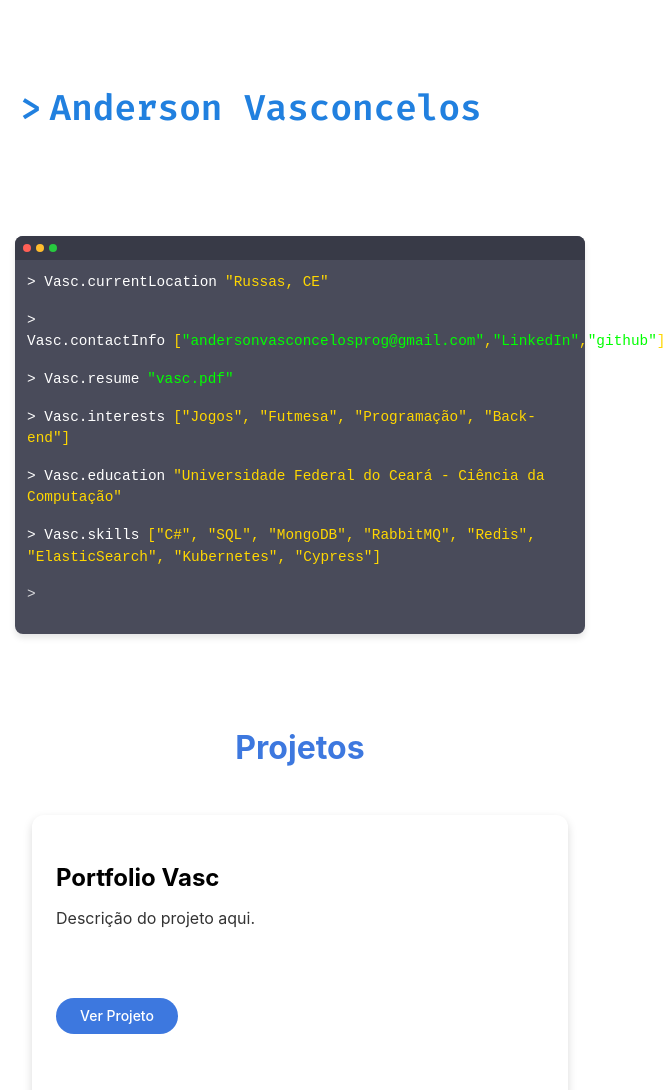
Repository: vascsx/portfolio_vascsx
Page: /
The author's editor kept a copy of each file at every save. The page is drawn from the files as they stood at one save, then again after the next save.
The browser window is 600 px wide. The page is 668 px wide, so the pictures cover 668 px, including what lies to the right of the window. The pictures show the part of the page from y = 0 to 1090 px (the page is 2905 px tall before and 3469 px after).
Pictures or frames that could not be fetched are drawn as grey boxes. The project was rebuilt for these pictures with package versions that can differ from the ones it lists, and the page was loaded fresh each time.

Above is the page before, as saved 2025-03-15 15:01:02.

### src/App.tsx
import Home from './components/Home';
import Resume from './components/Resume';
import Projects from './components/Projects';
import Contact from './components/Contact';
function App() {
  return (
    <div>
     <Resume />
      <Home />
      <Projects />
      <Contact/>
    </div>
  );
}

export default App;

### src/components/Home.tsx
import React from 'react';
import './Home.css';

const Home: React.FC = () => {
  return (
    <div className="terminal">
      <div className="terminal-header">
        <div className="dots">
          <div className="dot dot-red"></div>
          <div className="dot dot-yellow"></div>
          <div className="dot dot-green"></div>
        </div>
      </div>
      <div className="terminal-content">
        <div className="command-line">
          <span className="prompt">&gt; Vasc.currentLocation</span>
          <span className="output">"Russas, CE"</span>
        </div>
        <div className="command-line">
          <span className="prompt">&gt; Vasc.contactInfo</span>
          <span className="output">
            [
              <a href="mailto:andersonvasconcelosprog@gmail.com">"andersonvasconcelosprog@gmail.com"</a>,
              <a href="https://www.linkedin.com/in/andersonvasconcelos17/" target="_blank" rel="noopener noreferrer">"LinkedIn"</a>,
              <a href="https://github.com/vascsx" target="_blank" rel="noopener noreferrer">"github"</a>
            ]
          </span>
        </div>
        <div className="command-line">
          <span className="prompt">&gt; Vasc.resume</span>
          <span className="output">
            <a href="/path/to/vasc.pdf" target="_blank" rel="noopener noreferrer">"vasc.pdf"</a>
          </span>
        </div>
        <div className="command-line">
          <span className="prompt">&gt; Vasc.interests</span>
          <span className="output">["Jogos", "Futmesa", "Programação", "Back-end"]</span>
        </div>
        <div className="command-line">
          <span className="prompt">&gt; Vasc.education</span>
          <span className="output">"Universidade Federal do Ceará - Ciência da Computação"</span>
        </div>
        <div className="command-line">
          <span className="prompt">&gt; Vasc.skills</span>
          <span className="output">["C#", "SQL", "MongoDB", "RabbitMQ", "Redis", "ElasticSearch", "Kubernetes", "Cypress"]</span>
        </div>
        <div className="command-line">
          <span className="prompt-animation">&gt;</span>
        </div>
      </div>
    </div>
  );
};

export default Home;

### src/components/Resume.tsx
import React, { useEffect, useState } from 'react';
import { Link } from 'react-scroll';
import './Resume.css';

const Resume: React.FC = () => {
  const [text, setText] = useState('');
  const fullText = 'Annderson Vasconcelos';

  useEffect(() => {
    let index = 0;
    const interval = setInterval(() => {
      if (index < fullText.length) {
        setText((prev) => prev + fullText.charAt(index));
        index += 1;
      } else {
        clearInterval(interval);
      }
    }, 100);

    return () => clearInterval(interval);
  }, []);

  return (
    <div className="resume">
      <div className="resume-header">
        <h1 className="title">
          <span className="prompt-icon">&gt;</span>
          <span>{text}</span>
        </h1>
      </div>
    </div>
  );
};

export default Resume;

### src/components/Projects.tsx
import React from 'react';
import './Projects.css';
import portfolioImage from '../assets/images/portfolio.png';

interface Project {
  id: number;
  title: string;
  image: string;
  technologies: string[];
  sourceCode: string;
  videoUrl: string; // Adicionando uma URL para o vídeo
}

const projectsData: Project[] = [
  {
    id: 1,
    title: "Portfolio Vasc",
    image: portfolioImage,
    technologies: ["Cypress", "TypeScript"],
    sourceCode: "https://github.com/username/vascsx",
    videoUrl: "https://www.youtube.com/embed/dQw4w9WgXcQ" // Exemplo de URL de vídeo
  },
  {
    id: 2,
    title: "Login",
    image: portfolioImage,
    technologies: ["Cypress", "TypeScript"],
    sourceCode: "https://github.com/username/vascsx",
    videoUrl: "https://www.youtube.com/embed/dQw4w9WgXcQ"
  },
  {
    id: 3,
    title: "API Rest",
    image: portfolioImage,
    technologies: ["Cypress", "TypeScript"],
    sourceCode: "https://github.com/username/vascsx",
    videoUrl: "https://www.youtube.com/embed/dQw4w9WgXcQ"
  }
];

const ProjectCard: React.FC<{ project: Project }> = ({ project }) => {
  return (
    <div className="project-card" id="projects">
      <div className="project-info">
        <h3>{project.title}</h3>
        <p>Descrição do projeto aqui.</p>
        <div className="tech-stack">
          {project.technologies.map((tech) => (
            <span key={tech} className="tech-tag">
              {tech}
            </span>
          ))}
        </div>
        <div className="project-buttons">
          <a
            href={project.sourceCode}
            className="btn-source"
            target="_blank"
            rel="noopener noreferrer"
          >
            Ver Projeto
          </a>
        </div>
      </div>
      <div className="project-video">
        <iframe
          src={project.videoUrl}
          title={project.title}
          frameBorder="0"
          allowFullScreen
        ></iframe>
      </div>
    </div>
  );
};

const Projects: React.FC = () => {
  return (
    <section className="projects">
      <h2>Projetos</h2>
      <div className="projects-grid">
        {projectsData.map((project) => (
          <ProjectCard key={project.id} project={project} />
        ))}
      </div>
    </section>
  );
};

export default Projects;

### src/components/Contact.tsx
import React from 'react';
import githubIcon from '../assets/images/github-svgrepo-com.svg';
import linkedinIcon from '../assets/images/linkedin-svgrepo-com.svg';
import './Contact.css';

const Contact: React.FC = () => {
  return (
    <div className="contact">
      <h2>Contatos</h2>
      <div className="icons">
        <a href="https://github.com/vascsx" target="_blank" rel="noopener noreferrer">
          <img src={githubIcon} alt="ícone do github" className="icon" />
        </a>
        <a href="https://www.linkedin.com/in/andersonvasconcelos17" target="_blank" rel="noopener noreferrer">
          <img src={linkedinIcon} alt="ícone do linkedin" className="icon" />
        </a>
      </div>
      <footer className="footer">
        <p>&copy; 2025 Todos os direitos reservados</p>
      </footer>
    </div>
  );
};

export default Contact;

### src/components/Home.css
.terminal {
  background-color: #494b5a;
  border-radius: 8px;
  width: 800px;
  margin: 20px auto;
  font-family: monospace;
  box-shadow: 0 4px 6px rgba(0, 0, 0, 0.1);
}

.terminal-header {
  background-color: #383a47;
  padding: 12px;
  border-top-left-radius: 8px;
  border-top-right-radius: 8px;
}

.dots {
  display: flex;
  gap: 8px;
}

.dot {
  width: 12px;
  height: 12px;
  border-radius: 50%;
}

.dot-red {
  background-color: #ff5f56;
}

.dot-yellow {
  background-color: #ffbd2e;
}

.dot-green {
  background-color: #27c93f;
}

.terminal-content {
  padding: 20px;
  color: white;
}

.command-line {
  margin-bottom: 16px;
  line-height: 1.5;
}

.prompt {
  color: white;
  margin-right: 8px;
}

.prompt-animation {
  color: white;
  margin-right: 8px;
  animation: blink 1s infinite;
}

@keyframes blink {
  0% {
    opacity: 1;
  }
  50% {
    opacity: 0;
  }
  100% {
    opacity: 1;
  }
}

.output {
  color: #ffd700;
}

.output a {
  color: #00ff00;
  text-decoration: none;
}

.output a:hover {
  text-decoration: underline;
}

@media (max-width: 1200px) {
  .terminal {
    width: 90%;
    margin: 20px auto;
  }

  .terminal-header {
    padding: 10px;
  }

  .dots {
    gap: 6px;
  }

  .dot {
    width: 10px;
    height: 10px;
  }

  .terminal-content {
    padding: 16px;
  }
}

@media (max-width: 768px) {
  .terminal {
    width: 95%;
  }

  .terminal-header {
    padding: 8px;
  }

  .dots {
    gap: 5px;
  }

  .dot {
    width: 8px;
    height: 8px;
  }

  .terminal-content {
    padding: 12px;
  }

  .command-line {
    font-size: 0.9rem;
  }

  .prompt, .output {
    font-size: 0.9rem;
  }
}

@media (max-width: 480px) {
  .terminal {
    width: 100%;
    margin: 10px auto;
  }

  .terminal-header {
    padding: 6px;
  }

  .dots {
    gap: 4px;
  }

  .dot {
    width: 6px;
    height: 6px;
  }

  .terminal-content {
    padding: 8px;
  }

  .command-line {
    font-size: 0.85rem;
  }

  .prompt, .output {
    font-size: 0.85rem;
  }
}

### src/components/Resume.css
@import url('https://fonts.googleapis.com/css2?family=Fira+Code:wght@400;500;600&display=swap');

.resume-container {
  padding: 40px;
  max-width: 1200px;
  margin: 0 auto;
}

.resume-section {
  margin-bottom: 30px;
}

.resume-title {
  font-size: 24px;
  color: #333;
  margin-bottom: 20px;
  border-bottom: 2px solid #404040;
  padding-bottom: 10px;
}

.resume-content {
  line-height: 1.6;
}

.experience-item {
  margin-bottom: 20px;
}

.experience-title {
  font-size: 18px;
  font-weight: bold;
  color: #444;
}

.experience-company {
  color: #666;
  font-style: italic;
}

.experience-date {
  color: #888;
  font-size: 14px;
}

.experience-description {
  margin-top: 10px;
  color: #555;
}

.skills-list {
  display: flex;
  flex-wrap: wrap;
  gap: 10px;
}

.skill-item {
  background-color: #f0f0f0;
  padding: 5px 15px;
  border-radius: 15px;
  font-size: 14px;
  color: #444;
}

.resume {
  max-width: 1200px;
  margin: 0 auto;
  padding: 60px 20px;
}

.resume-header {
  margin-bottom: 24px;
}

.title {
  font-size: 48px;
  color: #2180df;
  font-family: 'Fira Code', monospace;
  display: flex;
  align-items: center;
  gap: 8px;
}

.prompt-icon {
  color: #2180df;
}

.cursor {
  width: 24px;
  height: 48px;
  background-color: #8b8eff;
  display: inline-block;
}


.description {
  font-size: 18px;
  color: #666;
  margin-bottom: 16px;
  line-height: 1.5;
}

.sub-description {
  font-size: 20px;
  color: #666;
}

.link {
  color: #8b8eff;
  text-decoration: none;
  transition: all 0.3s ease;
}

.link:hover {
  text-decoration: underline;
}

@media (max-width: 1200px) {
  .resume-container {
    padding: 30px;
  }

  .resume-title {
    font-size: 22px;
  }

  .resume-header {
    margin-bottom: 20px;
  }

  .title {
    font-size: 40px;
  }

  .description {
    font-size: 16px;
  }

  .sub-description {
    font-size: 18px;
  }

  .experience-title {
    font-size: 16px;
  }

  .experience-date {
    font-size: 13px;
  }

  .skills-list {
    gap: 8px;
  }

  .skill-item {
    font-size: 12px;
  }
}

@media (max-width: 768px) {
  .resume-container {
    padding: 20px;
  }

  .resume-title {
    font-size: 20px;
  }

  .title {
    font-size: 36px;
  }

  .description {
    font-size: 15px;
  }

  .sub-description {
    font-size: 18px;
  }

  .experience-title {
    font-size: 15px;
  }

  .experience-company {
    font-size: 13px;
  }

  .experience-date {
    font-size: 12px;
  }

  .skills-list {
    gap: 6px;
  }

  .skill-item {
    font-size: 11px;
  }
}

@media (max-width: 480px) {
  .resume-container {
    padding: 15px;
  }

  .resume-title {
    font-size: 18px;
  }

  .title {
    font-size: 32px;
  }

  .description {
    font-size: 14px;
  }

  .sub-description {
    font-size: 16px;
  }

  .experience-title {
    font-size: 14px;
  }

  .experience-company {
    font-size: 12px;
  }

  .experience-date {
    font-size: 11px;
  }

  .skills-list {
    gap: 5px;
  }

  .skill-item {
    font-size: 10px;
  }

  .link {
    font-size: 14px;
  }
}

### src/components/Projects.css
.projects {
  padding: 3rem 2rem;
  max-width: 1300px;
  margin: 0 auto;
}

.projects h2 {
  text-align: center;
  margin-bottom: 3rem;
  color: #3d78df;
  font-size: 2rem;
}

.projects-grid {
  display: grid;
  grid-template-columns: 1fr;  /* Alterado para uma coluna única */
  gap: 2rem;
  margin: 0 auto;
  width: 100%;
}

.project-card {
  display: flex;
  flex-direction: column;
  gap: 2rem;
  border-radius: 12px;
  overflow: hidden;
  width: 100%;
  max-width: 1200px;
  box-shadow: 0 4px 10px rgba(0, 0, 0, 0.15);
  background-color: #fff;
}

.project-info {
  padding: 1rem;
}

.project-info h3 {
  margin-bottom: 1rem;
  font-size: 1.5rem;
}

.project-info p {
  margin-bottom: 1rem;
  color: #333;
}

.tech-stack {
  display: flex;
  justify-content: start;
  gap: 0.8rem;
  margin-bottom: 1.8rem;
  flex-wrap: wrap;
}

.tech-tag {
  background: rgba(255, 255, 255, 0.1);
  color: white;
  padding: 0.3rem 0.8rem;
  border-radius: 20px;
  font-size: 0.75rem;
  backdrop-filter: blur(4px);
}

.project-buttons {
  display: flex;
  gap: 1rem;
}

.btn-source {
  padding: 0.6rem 1.5rem;
  background: #3d78df;
  color: white;
  border-radius: 25px;
  text-decoration: none;
  font-size: 0.875rem;
  font-weight: 500;
  transition: all 0.2s ease;
}

.btn-source:hover {
  background: rgba(61, 120, 223, 0.9);
  transform: translateY(-2px);
}

.project-video {
  width: 100%;  /* O vídeo vai ocupar 100% da largura */
  height: 500px;  /* A altura do vídeo foi aumentada */
}

.project-video iframe {
  width: 100%;
  height: 100%;
  border-radius: 12px;
}

/* Responsividade */
@media (max-width: 1024px) {
  .project-card {
    width: 100%;
    flex-direction: column;
  }

  .project-info {
    padding: 1.5rem;
  }

  .project-video {
    height: 400px;  /* Ajuste para a altura do vídeo em telas menores */
  }
}

@media (max-width: 640px) {
  .project-video {
    height: 300px;  /* Ajuste ainda maior para telas pequenas */
  }
}

### src/components/Contact.css
/* Contact.css */
.contact {
  font-family: Arial, sans-serif;
  color: #000;
  padding: 20px;
  text-align: center;
}

.contact h2 {
  text-align: center;
  margin-bottom: 3rem;
  color: #3d78df;
  font-size: 2rem;
}



.icons {
  display: flex;
  justify-content: center;
  gap: 20px;
  margin-bottom: 20px;
}

.icons a {
  display: inline-block;
}

.icon {
  width: 40px;
  height: 40px;
  transition: transform 0.3s ease;
  animation: bounce 1.5s infinite;
}

.icon:hover {
  transform: scale(1.2);
}

@keyframes bounce {
  0%, 100% {
    transform: translateY(0);
  }
  50% {
    transform: translateY(-10px);
  }
}

.footer {
  font-size: 0.8em;
  color: #777;
  margin-top: 30px;
}

Loaded but not shown: public/index.html (common file); src/index.tsx (common file); src/index.css (common file); src/reportWebVitals.ts (common file)

After the next save:
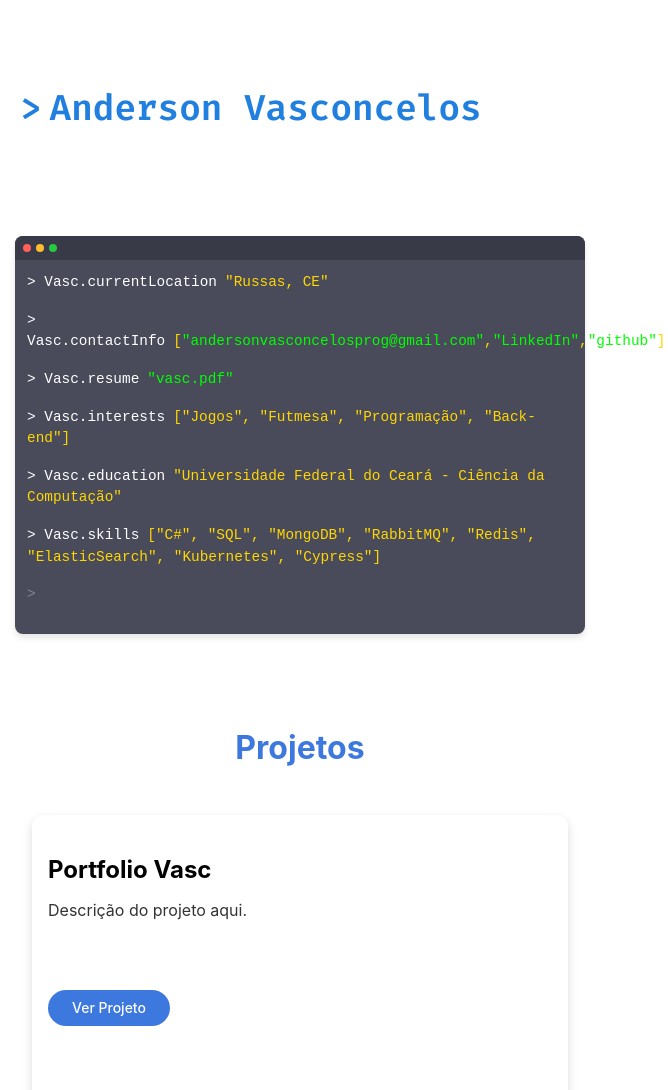
Saved 20 s later.
--- a/src/components/Projects.css
+++ b/src/components/Projects.css
@@ -13,7 +13,7 @@
 
 .projects-grid {
   display: grid;
-  grid-template-columns: 1fr;  /* Alterado para uma coluna única */
+  grid-template-columns: 1fr;  /* Um por linha */
   gap: 2rem;
   margin: 0 auto;
   width: 100%;
@@ -21,7 +21,7 @@
 
 .project-card {
   display: flex;
-  flex-direction: column;
+  flex-direction: row;  /* Alterado para row (linha) */
   gap: 2rem;
   border-radius: 12px;
   overflow: hidden;
@@ -32,6 +32,7 @@
 }
 
 .project-info {
+  flex: 1;  /* Ocupa o espaço restante */
   padding: 1rem;
 }
 
@@ -84,34 +85,30 @@
 }
 
 .project-video {
-  width: 100%;  /* O vídeo vai ocupar 100% da largura */
-  height: 500px;  /* A altura do vídeo foi aumentada */
+  flex: 1;  /* O vídeo ocupa o outro lado */
+  max-width: 800px;  /* Definir a largura máxima do vídeo */
+  width: 100%;
 }
 
 .project-video iframe {
   width: 100%;
-  height: 100%;
+  height: 500px;
   border-radius: 12px;
 }
 
 /* Responsividade */
 @media (max-width: 1024px) {
   .project-card {
-    width: 100%;
-    flex-direction: column;
-  }
-
-  .project-info {
-    padding: 1.5rem;
+    flex-direction: column;  /* Para telas menores, o layout será empilhado */
   }
 
   .project-video {
-    height: 400px;  /* Ajuste para a altura do vídeo em telas menores */
+    height: 400px;
   }
 }
 
 @media (max-width: 640px) {
   .project-video {
-    height: 300px;  /* Ajuste ainda maior para telas pequenas */
+    height: 300px;
   }
 }
